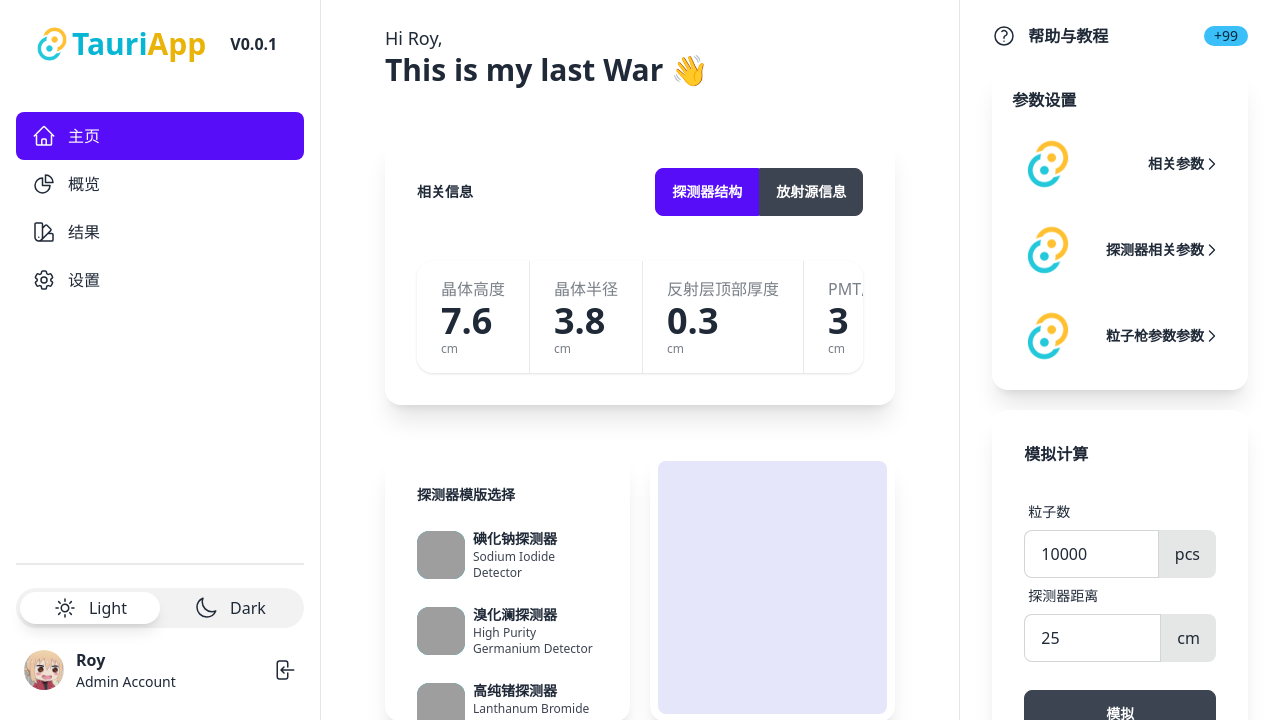
Repository: XMZOVO/tauri-geant4
Page: /
An editor plug-in stored every save of this project. The page is shown before and after the next save, followed by the edit.
The browser window is 1280 px wide. The pictures show the whole page.
Pictures or frames that could not be fetched are drawn as grey boxes. The page's requests for data from a server got no answer. An inner scrolling area shows only its first screen. The project was rebuilt for these pictures with package versions that can differ from the ones it lists, and the page was loaded fresh each time. No one was signed in, and anything a server would have sent is missing. Also part of the build but not shown: vite.config.ts.

Above is the page before, as saved 2022-09-11 19:38:26.

After the next save:
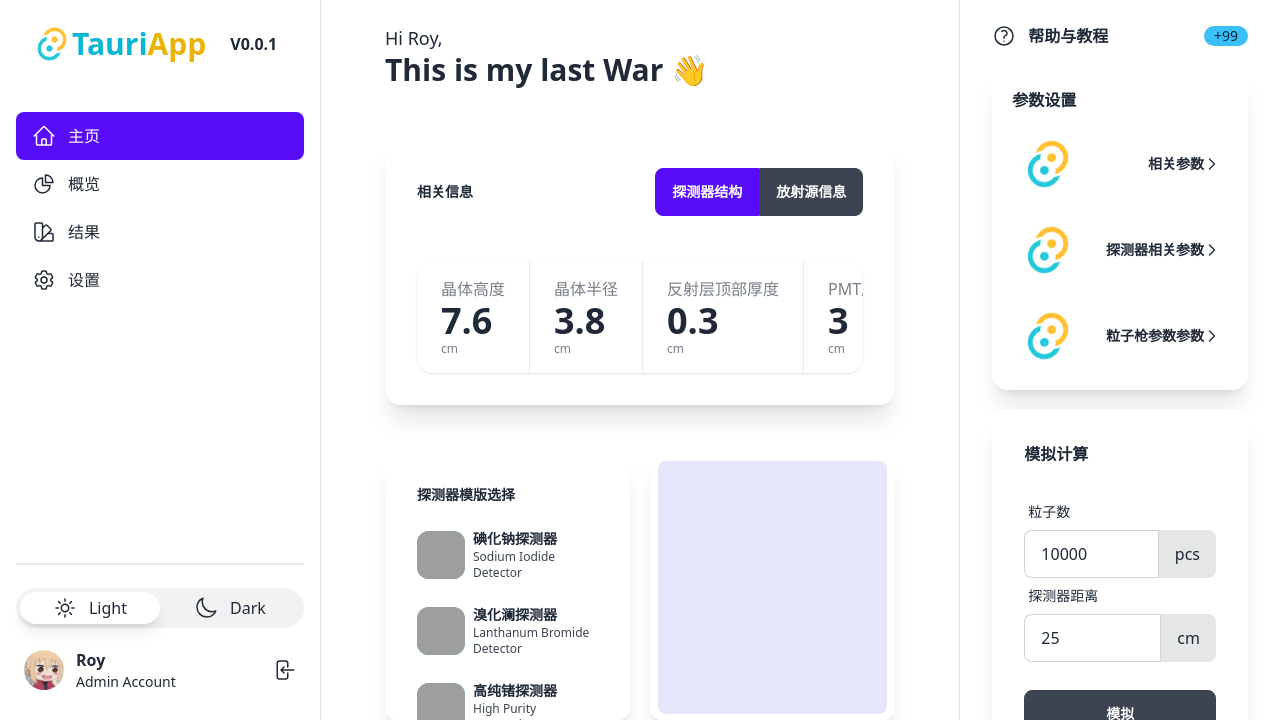
Saved 80 s later.
--- a/src/components/Home.vue
+++ b/src/components/Home.vue
@@ -37,16 +37,23 @@ const radioactiveProperties = ref([
   { name: "5", value: 10, unit: "" },
 ]);
 const detectorList = ref([
-  { name: "碘化钠探测器", percent: 40, description: "Sodium Iodide Detector" },
+  {
+    name: "碘化钠探测器",
+    percent: 40,
+    description: "Sodium Iodide Detector",
+    img: "NaI.png",
+  },
   {
     name: "溴化澜探测器",
     percent: 100,
-    description: "High Purity Germanium Detector",
+    description: "Lanthanum Bromide Detector",
+    img: "NaI.png",
   },
   {
     name: "高纯锗探测器",
     percent: 60,
-    description: "Lanthanum Bromide Detector",
+    description: "High Purity Germanium Detector",
+    img: "HPGe.png",
   },
 ]);
 const paticleParameters = ref([
